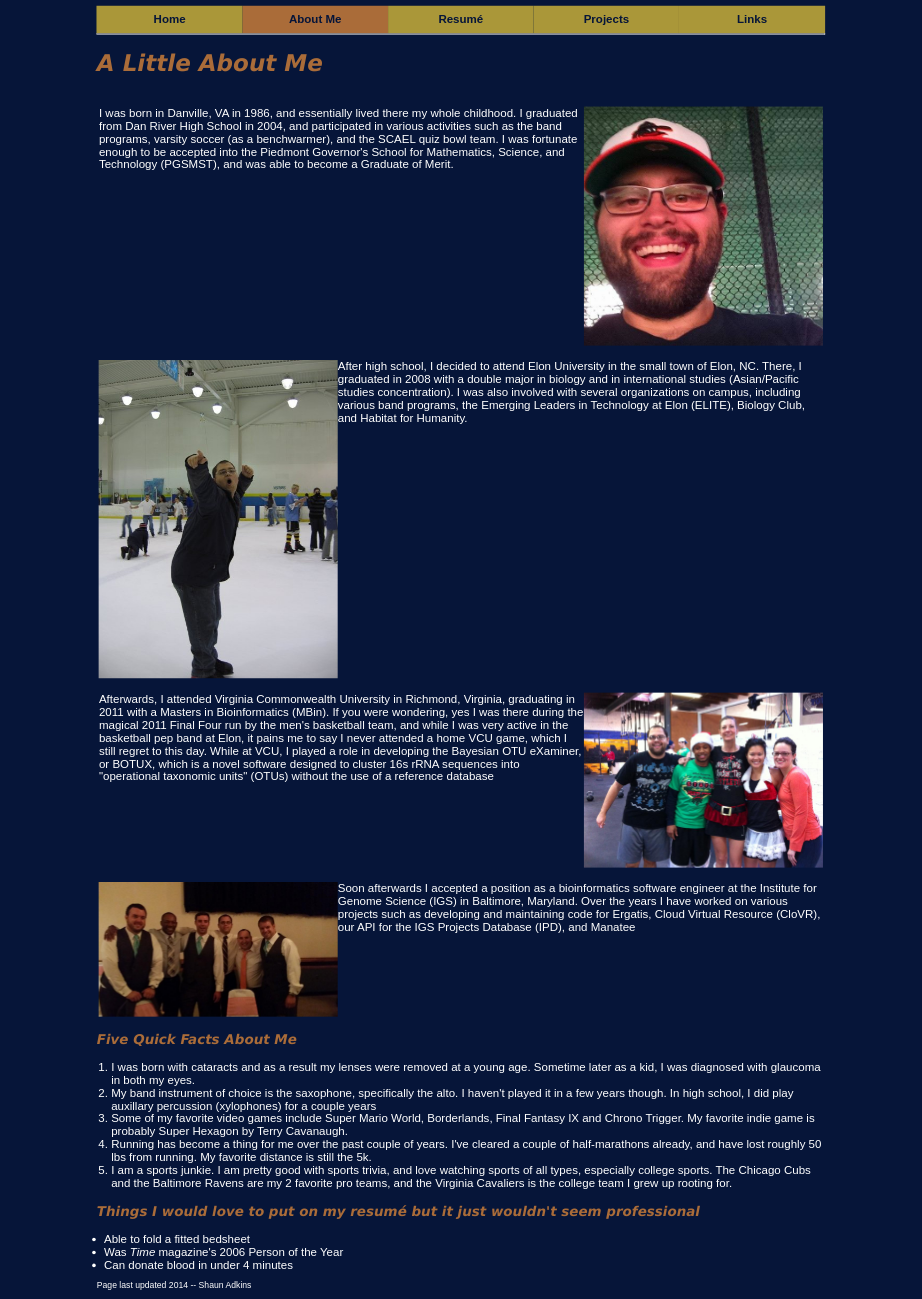
Repository: adkinsrs/sadkins_site
Page: html/about.html
The author's editor kept a record of every edit. The page is drawn from the files as they stood at one moment, then again after the next edit.
The browser window is 1280 px wide. The pictures show the whole page, at 72% of full size.

Above is the page before.

After the next edit:
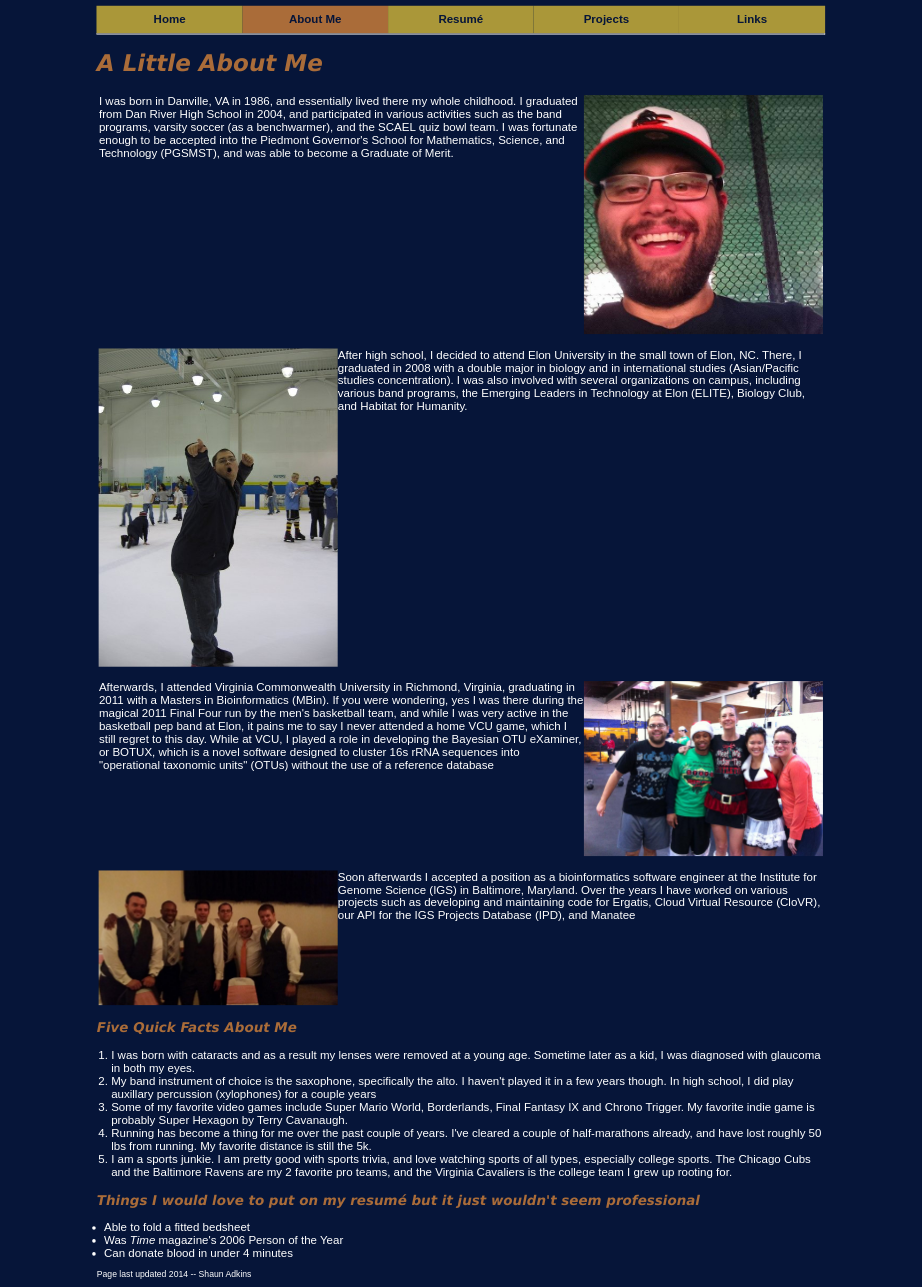
The edit:
--- a/html/about.html
+++ b/html/about.html
@@ -28,10 +28,8 @@
             <div id="text_container">
                 <table>
                     <tr><td>
-                        <p>
-                            <img class="img_right" src="../images/orioles.jpg" alt="Go Orioles!">
-                            I was born in Danville, VA in 1986, and essentially lived there my whole childhood.  I graduated from Dan River High School in 2004, and participated in various activities such as the band programs, varsity soccer (as a benchwarmer), and the SCAEL quiz bowl team.  I was fortunate enough to be accepted into the Piedmont Governor's School for Mathematics, Science, and Technology (PGSMST), and was able to become a Graduate of Merit.
-                        </p>
+                        <img class="img_right" src="../images/orioles.jpg" alt="Go Orioles!">
+                        I was born in Danville, VA in 1986, and essentially lived there my whole childhood.  I graduated from Dan River High School in 2004, and participated in various activities such as the band programs, varsity soccer (as a benchwarmer), and the SCAEL quiz bowl team.  I was fortunate enough to be accepted into the Piedmont Governor's School for Mathematics, Science, and Technology (PGSMST), and was able to become a Graduate of Merit.
                     </td></tr>
                     <tr><td>
                         <p>
